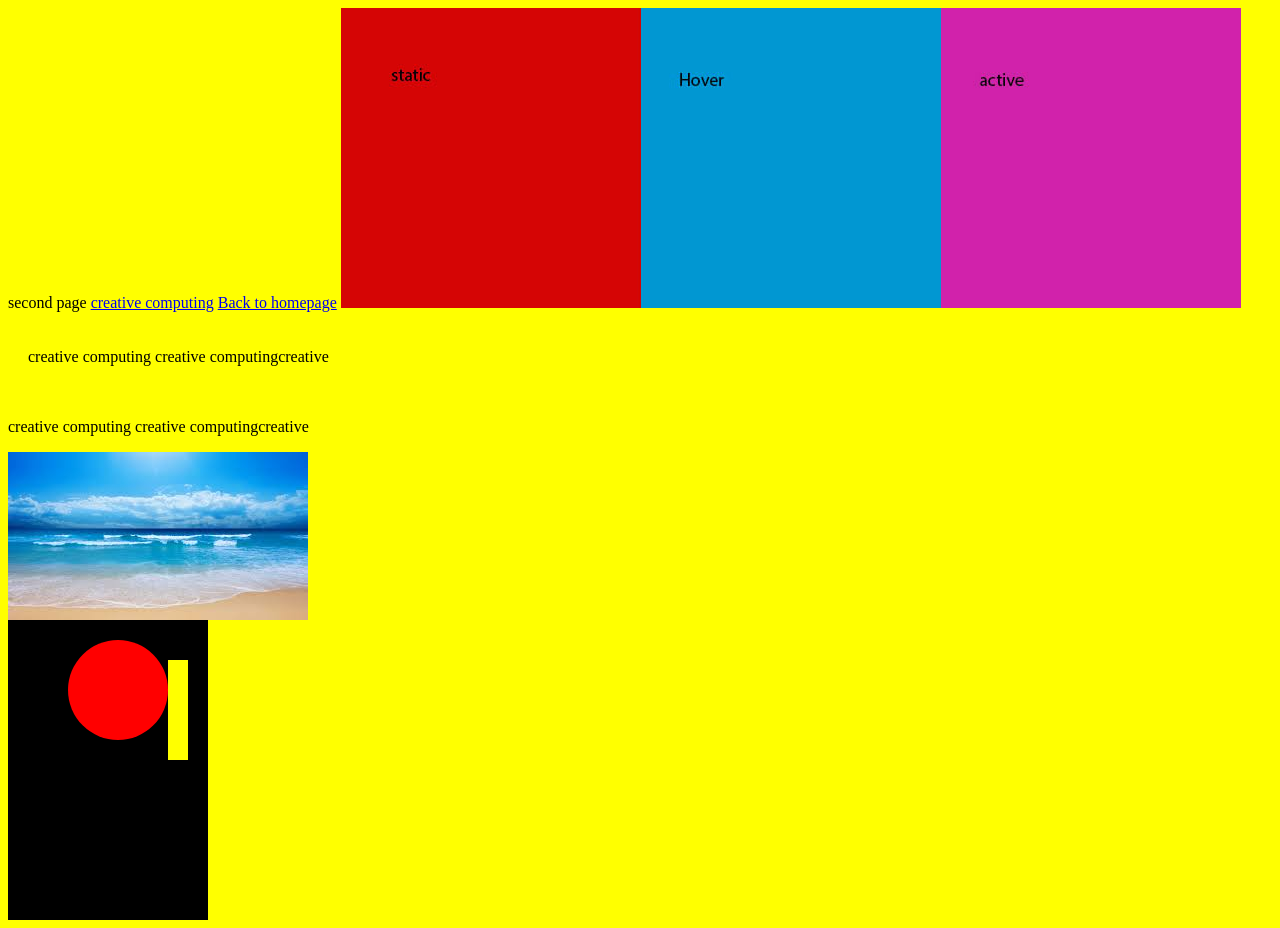
Repository: kimc687/kimc687.github.io
Page: page2.html
The author's editor kept a record of every edit. The page is drawn from the files as they stood at one moment, then again after the next edit.
The browser window is 1280 px wide. The pictures show the whole page.

Above is the page before.
Not found: sprite,jpg

### page2.html
<html>
	<head>
		<title>Hello, world.</title>
		<link href="columns.css" rel="stylesheet">
	</head>
	<body>
		second page
	<a href="http://creativecomputing.me">creative computing</a>

	<a href="index.html">Back to homepage</a>
<a href="index.html" class="sprite">Take me home</a>
<img src="sprite.jpg">
<div class="wrapper">
	<div class="column">
		<p>creative computing creative computingcreative</p>
	</div>
<div class="clear">

<p>creative computing creative computingcreative</p>
	</div>
</div>
<div class="sprite">
<a href="index.html">Back to homepage</a>
</div>
<img src="sea.jpg">

<div class="canvas">
	<div class="box"></div>
	<div class="circle"></div>
</div>

	</body>
</html>

### columns.css
body{
background-color:yellow;
}

.wrapper {
    width:400px;
}

.column{
    width: 200px
    float: left;
    padding:20;
    overflow:auto;

}

.clear{
    clear:both;
}

.sprite {
    width:200px;
    height:200px;
    background-image:url(sprite,jpg);
    background-repeat:no-repeat;
display:block;
text-indent:100%;
white-space: nowrap;
overflow:hidden;
position:absolute;
top:20px;
right:40px;
}

.sprite:hover{
    background-position:-200px 0;
}

.sprite:active{
    background-position:-400px 0;
}

.canvas{
    width:200px;
    height:300px;
    background-color:black;
    position: relative;
}
.box{
    width:20px;
    height:100px;
    background-color:yellow;
    position:absolute;
    top:40px;
    right:20px;
}

.circle{
    width:100px;
    height:100px;
    border-radius:100%;
    background-color:red;
    position:absolute;
    top:20px;
    right:40px;

}

After the next edit:
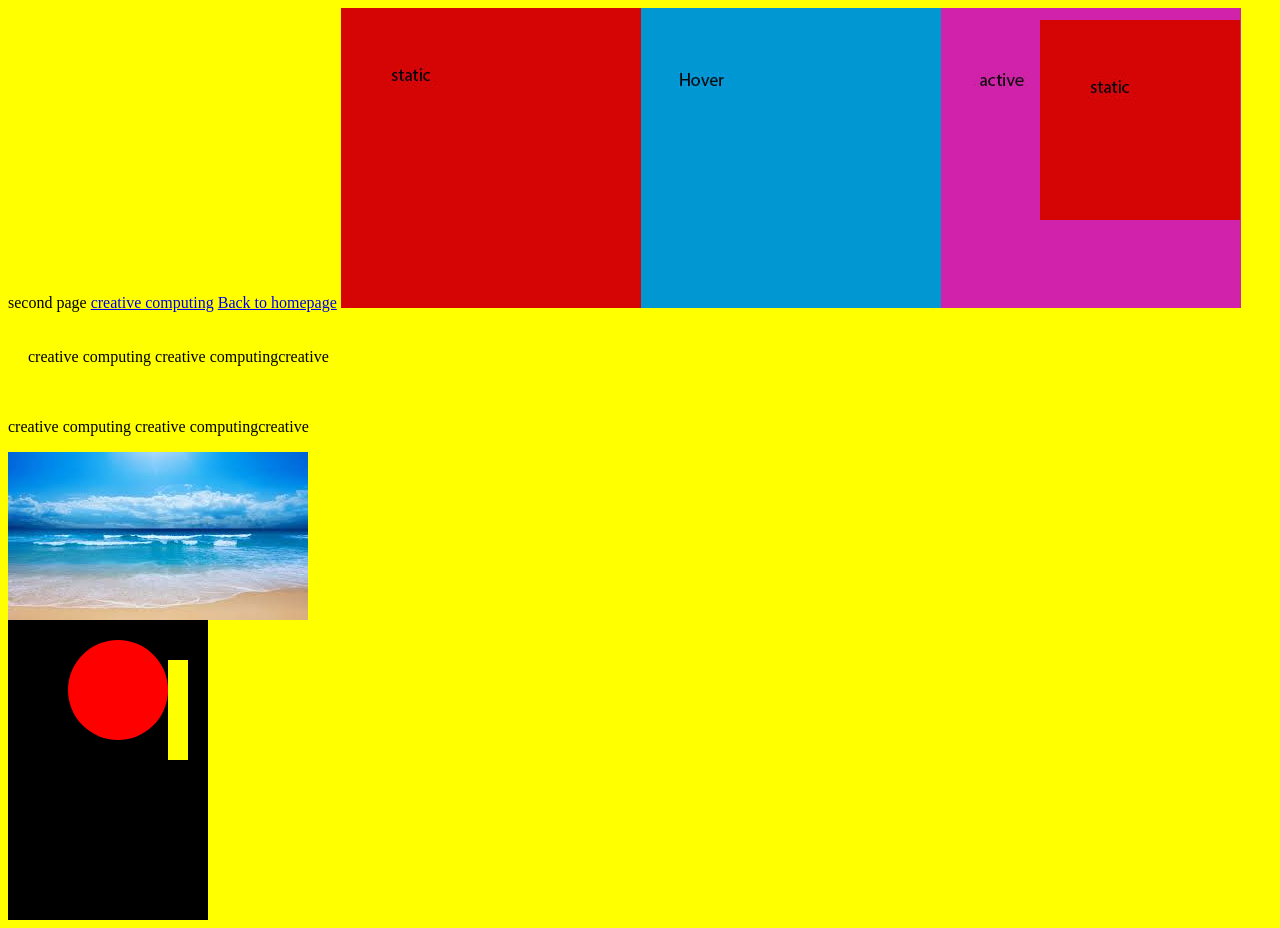
The edit:
--- a/columns.css
+++ b/columns.css
@@ -21,7 +21,7 @@
 .sprite {
     width:200px;
     height:200px;
-    background-image:url(sprite,jpg);
+    background-image:url(sprite.jpg);
     background-repeat:no-repeat;
 display:block;
 text-indent:100%;
